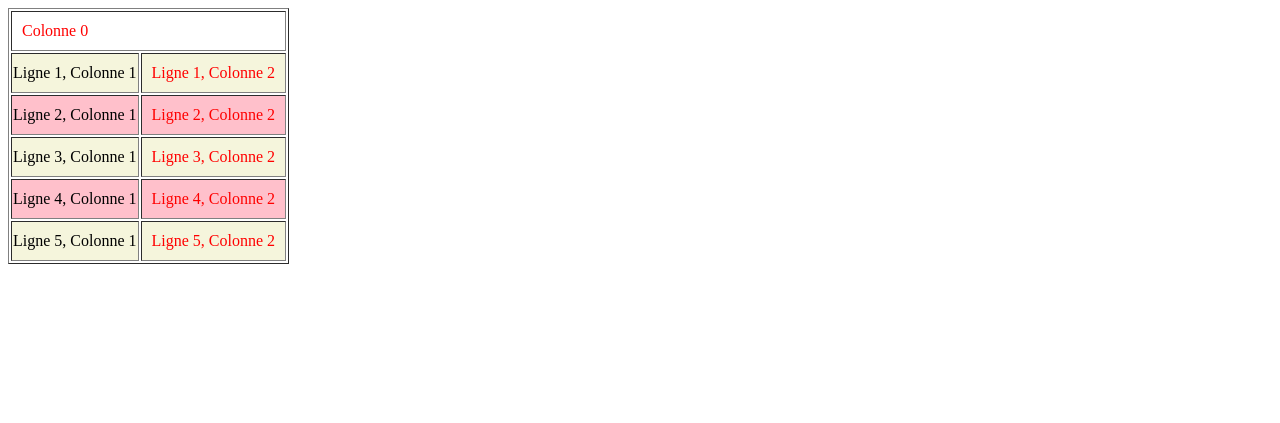
Repository: Chaimaa482/web-tp4
Page: ex1.html
An editor plug-in stored every save of this project. The page is shown before and after a run of saves, followed by the edit.
The browser window is 1280 px wide. The pictures show the whole page.

Above is the page before, as saved 2023-10-22 15:57:20.

### ex1.html
<!DOCTYPE html>
<html>
<head>
</head>
<style>
    .col1 {
        color: red;
        padding: 10px;
        margin: 10px;
    }
</style>
<body>
    <table id="myTable" border="1">
        <tr>
            <td colSpan="2" >Colonne 0</td>
        </tr>
        <tr>
            <td>Ligne 1, Colonne 1</td>
            <td>Ligne 1, Colonne 2</td>
        </tr>
        <tr>
            <td>Ligne 2, Colonne 1</td>
            <td>Ligne 2, Colonne 2</td>
        </tr>
        <tr>
            <td>Ligne 3, Colonne 1</td>
            <td>Ligne 3, Colonne 2</td>
        </tr>
        <tr>
            <td>Ligne 4, Colonne 1</td>
            <td>Ligne 4, Colonne 2</td>
        </tr>
        <tr>
            <td>Ligne 5, Colonne 1</td>
            <td>Ligne 5, Colonne 2</td>
        </tr>
    </table>

    <script>
        var table = document.getElementById("myTable");
        var cells = table.getElementsByTagName("td");

        // Donner une couleur de fond rose aux lignes paires et beige aux lignes impaires
        var rows = table.querySelectorAll("tr");
        for (var i = 1; i < rows.length; i++) {
            if (i % 2 === 0) {
                rows[i].style.backgroundColor = "pink";
            } else {
                rows[i].style.backgroundColor = "beige";
            }
        }

        // Donner une classe col1 aux colonnes paires et col2 aux colonnes impaires
        var cellsCol1 = table.getElementsByClassName("col1");
        var cellsCol2 = table.getElementsByClassName("col2");
        for (var i = 0; i < cells.length; i++) {
            if (i % 2 === 0) {
                cells[i].className = "col1"
            } else {
                cells[i].className = "col2";
            }
        }

        // // Augmenter le padding de toutes les cellules sauf celles de la première ligne
        // for (var i = 1; i < cells.length; i++) {
        //     cells[i].style.padding = "10px";
        // }
    </script>
</body>
</html>

After the next 2 saves:
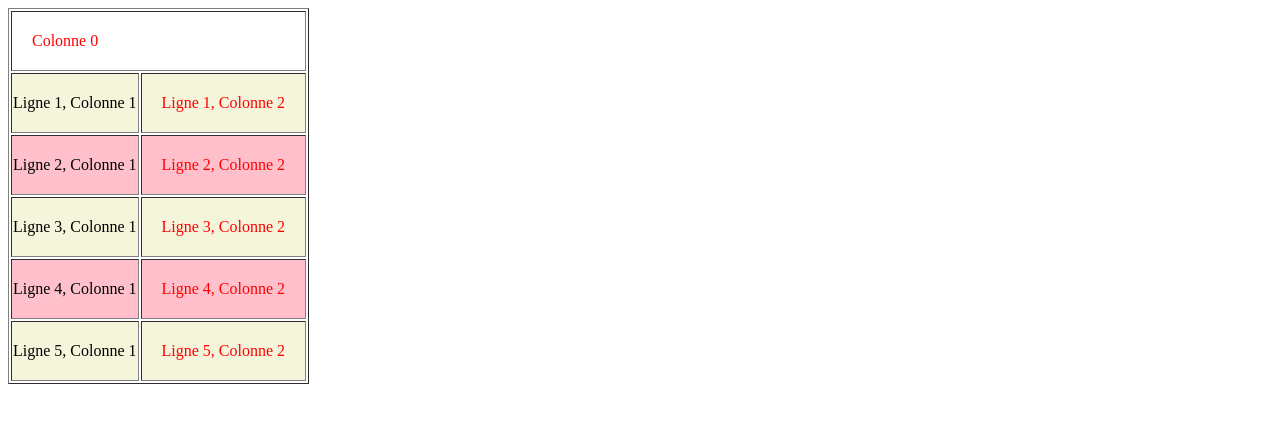
The 2 saves are shown as one change because they came seconds apart.
The last was saved 7 s later.
--- a/ex1.html
+++ b/ex1.html
@@ -5,8 +5,8 @@
 <style>
     .col1 {
         color: red;
-        padding: 10px;
-        margin: 10px;
+        padding: 20px;
+
     }
 </style>
 <body>

After the 3 saves that followed:
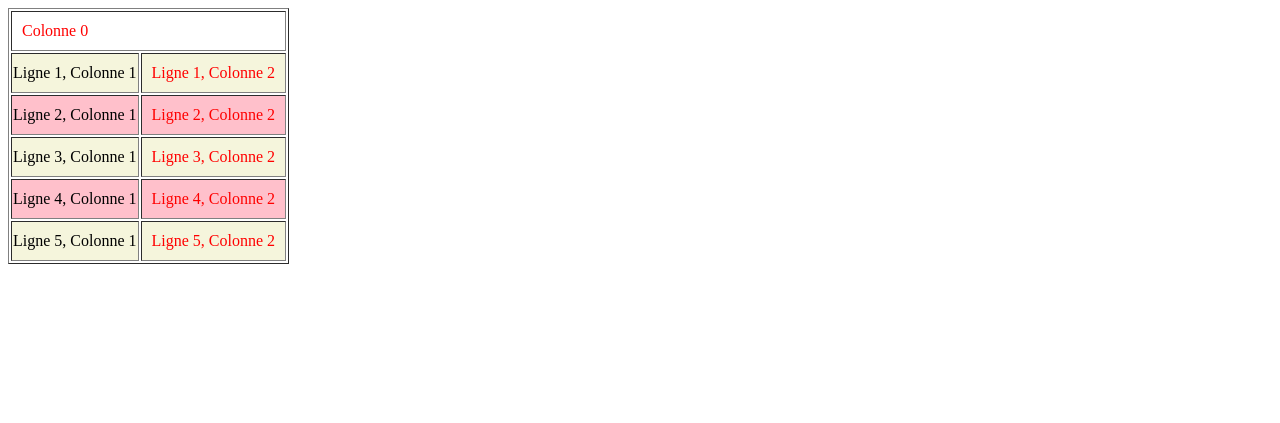
The 3 saves are shown as one change because they came seconds apart.
The last was saved 12 s later.
--- a/ex1.html
+++ b/ex1.html
@@ -5,8 +5,7 @@
 <style>
     .col1 {
         color: red;
-        padding: 20px;
-
+        padding: 10px;
     }
 </style>
 <body>
